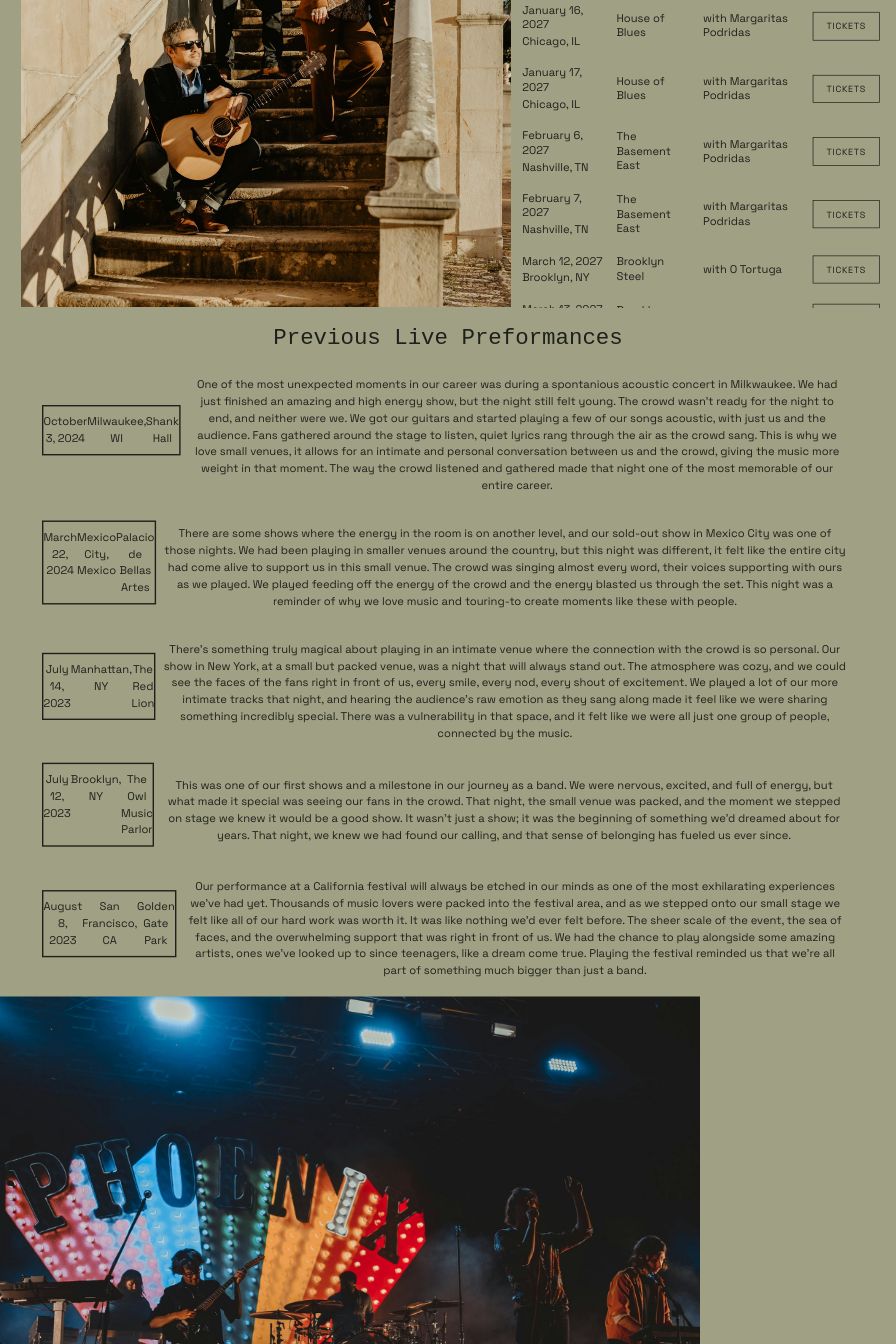
Repository: lime929/voices-del-viento
Page: /tour
The author's editor kept a copy of each file at every save. The page is drawn from the files as they stood at one save, then again after the next save.
The browser window is 1280 px wide. The pictures show the part of the page from y = 551 to 2471 px (the page is 10043 px tall), at 70% of full size.
An inner scrolling area shows only its first screen. The project was rebuilt for these pictures with package versions that can differ from the ones it lists, and the page was loaded fresh each time. The framework's server and built-in components were replaced by stand-ins that run in the browser. Also part of the build but not shown: next.config.mjs.

Above is the page before, as saved 2026-09-15 17:28:43.

### app/layout.jsx
import '../app/globals.css';
import Footer from '../app/components/Footer';
import NavBar from '../app/components/NavBar';


export const metadata = {
  title: "Voces del Viento",
  description:
    "Voces del Viento is a Mexican indie rock band from Michoacán, blending classic Latin rock influences with modern sounds inspired by Caifanes, Juanes, and Los Enanitos Verdes. Discover their heartfelt music, cultural roots, and energetic live performances.",
  keywords: [
    "Voces del Viento",
    "Mexican indie rock",
    "Michoacán, Mexico",
    "Latin rock",
    "Alternative music",
    "band from Mexico",
    "indie music",
  ],
};

export default function MainLayout({ children }) {
  return (
    <html lang="en">
      <body>
        <NavBar />
        {children}
        <Footer />
      </body>
    </html>
  );
}

### app/tour/page.jsx
import styles from "./page.module.css";
import TourCurrent from "../components/TourCurrent";
import TourPast from "../components/TourPast";
import tours from "./tours.json";
import Image from "next/image";
import tourImage from "../../public/images/tour/tourImage.jpg";
import TourGallery from "../components/TourGallery";

export const metadata = {
  title: "Voces del Viento | Tour",
  description: "Live performances and tour dates for Voces del Viento. Check out our upcoming concerts and events.",
  keywords: [
    "Voces del Viento",
    "Concert announcements",
    "Live performances",
    "Tour dates",
    "Music events",
    "Band tour",
    "Live music",
    "Concert schedule",
    "Tour updates",
    "Music tour"
  ]
};

export default function TourPage() {
  const upcomingTours = tours.filter((tour) => tour.status === "upcoming");
  const pastTours = tours.filter((tour) => tour.status === "past");

  return (
    <>
      <div className={styles.tourContainer}>
      <div className={styles.tourHeader}>
        <h2 className={styles.tourTitle}>La Belleza del Cielo Tour</h2>
        <h4 className={styles.bandName}>Voices Del Viento</h4>
      </div>
       <div className={styles.currentColumns}>
  <div className={styles.currentTourImageWrap}>
          <Image
            src={tourImage}
            alt="Band's Tour image"
            width={700}
            height={800}
            sizes="100vw"
            className={styles.tourImage}
          />
        </div>
          <div className={styles.currentTourList}>
            {upcomingTours.map((tour) => (
            <TourCurrent key={tour.id} tour={tour} />
          ))}
          </div>
        </div>

        <div className={styles.pastTourList}>
          <h3 className={styles.pastTourTitle}>Previous Live Preformances</h3>
          {pastTours.map((tour) => (
            <TourPast key={tour.id} tour={tour} />
          ))}
        </div>
      </div>
      <TourGallery />
    </>
  );
}

### app/globals.css
/* @import url("https://fonts.googleapis.com/css2?family=Bebas+Neue&family=DM+Sans:opsz,wght@9..40,400;9..40,500;9..40,600;9..40,700&family=Space+Mono:wght@400;700&display=swap");
@import url('https://fonts.googleapis.com/css2?family=Space+Grotesk:wght@300..700&display=swap'); */

@import url('https://fonts.googleapis.com/css2?family=Archivo+Black&family=Bebas+Neue&family=DM+Sans:ital,opsz,wght@0,9..40,100..1000;1,9..40,100..1000&family=Oswald:wght@200..700&family=Roboto+Mono:ital,wght@0,100..700;1,100..700&family=Space+Grotesk:wght@300..700&display=swap');
@import "tailwindcss";

@theme {
      /* Large headings and album titles */
  --font-display: "Bebas Neue", sans-serif;
    /* Paragraphs, navigation, and buttons */
  --font-body: "Space Grotesk", sans-serif;
    /* Dates, labels, and small details */
  --font-mono: "Space Mono", monospace;

    /* Main page background */
  --color-band-bg: #A0A084;
    /* Main text, dark sections & footer */
  --color-band-ink: #1E211B;
    /* Text on dark/red backgrounds */
  --color-band-cream: #F2EBD8;
    /* Borders and secondary accents */
  --color-band-olive: #5a5a44;
    /* Small highlights and labels */
  --color-band-gold: #C49A46;
}

body {
  font-family: var(--font-body);
  background-color: var(--color-band-bg);
  color: var(--color-band-ink);
  margin: 0;
  padding: 0;
}

### app/components/Footer.jsx
export default function Footer() {
  return (
    <footer className="border-t border-band-olive bg-band-ink py-8 px-4 sm:px-6">
      <div className="mx-auto max-w-6xl">
        <div className="flex flex-col items-center justify-between gap-8 text-sm md:flex-row">
          {/* Copyright */}
          <div className="order-2 text-center md:order-1 md:text-left">
            <p className="font-semibold text-band-cream">
              © {new Date().getFullYear()}{' '}
              <span className="font-black text-band-cream">Voices Del Viento</span>
            </p>
            <p className="mt-1 font-mono text-xs tracking-wider text-band-gold">
              Made with Next.js & Tailwind by Liliana Mendez
            </p>
          </div>

          {/* Right links */}
          <nav className="order-1 flex items-center gap-6 md:order-2">
            <a
              href="/store"
              className="border-b-2 border-transparent pb-1 text-sm font-semibold text-band-cream transition-all duration-200 hover:border-band-gold hover:text-band-gold"
            >
              Store
            </a>
            <a
              href="/tour"
              className="border-b-2 border-transparent pb-1 text-sm font-semibold text-band-cream transition-all duration-200 hover:border-band-gold hover:text-band-gold"
            >
              Tour
            </a>
            <a
              href="/about"
              className="border-b-2 border-transparent pb-1 text-sm font-semibold text-band-cream transition-all duration-200 hover:border-band-gold hover:text-band-gold"
            >
              About
            </a>
            <a
              href="/news"
              className="border-b-2 border-transparent pb-1 text-sm font-semibold text-band-cream transition-all duration-200 hover:border-band-gold hover:text-band-gold"
            >
              News
            </a>
            <a
              href="/support"
              className="border-b-2 border-transparent pb-1 text-sm font-semibold text-band-cream transition-all duration-200 hover:border-band-gold hover:text-band-gold"
            >
              Support
            </a>
          </nav>
        </div>
      </div>
    </footer>
  );
}

### app/components/NavBar.jsx
'use client';
import { useState } from "react";
import Link from "next/link";
import Image from "next/image";
import { usePathname } from "next/navigation";
import { FaBars, FaTimes, FaFacebook, FaInstagram, FaYoutube, FaTwitter,FaSpotify } from "react-icons/fa";
import logoIcon from '../../app/icon.png';

export default function NavBar() {
  const [isMobileMenuOpen, setIsMobileMenuOpen] = useState(false);
  const pathname = usePathname();

  return (
    <>
      <nav className="bg-band-ink border-b border-band-olive sticky top-0 z-50">
        <div className="px-4 lg:px-6">
          <div className="relative flex h-24 items-center justify-between">

            {/* Mobile menu button: always positioned absolute left and hidden on md+ screens */}
            <div className="absolute inset-y-0 left-0 flex items-center md:hidden">
              <button
                onClick={() => setIsMobileMenuOpen(!isMobileMenuOpen)}
                className="inline-flex items-center justify-center p-2 rounded-md text-band-cream hover:text-band-gold hover:bg-band-olive/20 focus:outline-none focus:ring-2 focus:ring-band-gold"
                aria-controls="mobile-menu"
                aria-expanded={isMobileMenuOpen}
              >
                <span className="sr-only">Open main menu</span>
                {isMobileMenuOpen ? (
                  <FaTimes className="block h-6 w-6" />
                ) : (
                  <FaBars className="block h-6 w-6" />
                )}
              </button>
            </div>

            <div className="flex flex-1 items-center justify-center md:justify-start">
              <Link href="/" className="flex flex-shrink-0 items-center gap-2 hover:opacity-90 transition">
                <Image
                  src={logoIcon}
                  alt="Voices Del Viento Logo"
                  width={50}
                  height={50}
                  priority
                />

                <span className="hidden font-display text-4xl font-bold uppercase tracking-wide text-band-cream transition-colors hover:text-band-gold md:block md:mr-9">
                Voces Del Viento
                </span>
              </Link>


              <div className="hidden md:ml-6 md:block md:pt-2">
                <div className="flex space-x-4 lg:space-x-6">
                  <Link
                    href="/store"
                    className={`${
                      pathname === "/store" ? "border-b-2 border-band-gold text-band-gold" : "border-b-2 border-transparent text-band-cream hover:text-band-gold hover:border-band-gold"
                    } text-lg font-semibold pb-1 transition-all`}
                  >
                    Store
                  </Link>
                  <Link
                    href="/tour"
                    className={`${
                      pathname === "/tour" ? "border-b-2 border-band-gold text-band-gold" : "border-b-2 border-transparent text-band-cream hover:text-band-gold hover:border-band-gold"
                    } text-lg font-semibold pb-1 transition-all`}
                  >
                    Tour
                  </Link>
                  <Link
                    href="/about"
                    className={`${
                      pathname === "/about" ? "border-b-2 border-band-gold text-band-gold" : "border-b-2 border-transparent text-band-cream hover:text-band-gold hover:border-band-gold"
                    } text-lg font-semibold pb-1 transition-all`}
                  >
                    About
                  </Link>
                  <Link
                    href="/news"
                    className={`${
                      pathname === "/news" ? "border-b-2 border-band-gold text-band-gold" : "border-b-2 border-transparent text-band-cream hover:text-band-gold hover:border-band-gold"
                    } text-lg font-semibold pb-1 transition-all`}
                  >
                    News
                  </Link>
                  <Link
                    href="/support"
                    className={`${
                      pathname === "/support" ? "border-b-2 border-band-gold text-band-gold" : "border-b-2 border-transparent text-band-cream hover:text-band-gold hover:border-band-gold"
                    } text-lg font-semibold pb-1 transition-all`}
                  >
                    Support
                  </Link>
                </div>
              </div>
            </div>

            <div className="absolute inset-y-0 right-0 flex items-center pr-2 md:static md:ml-6 md:pr-0">
              <div className="flex items-center gap-2 text-band-cream">
             <button className="relative p-2 rounded-full transition-transform duration-250 ease-in-out hover:scale-110 hover:text-band-gold">
                    <FaFacebook className="h-6 w-6" />
                </button>
             <button className="relative p-2 rounded-full transition-transform duration-250 ease-in-out hover:scale-110 hover:text-band-gold">
                    <FaInstagram className="h-6 w-6" />
                </button>
             <button className="relative p-2 rounded-full transition-transform duration-250 ease-in-out hover:scale-110 hover:text-band-gold">
                    <FaYoutube className="h-6 w-6" />
                </button>
             <button className="relative p-2 rounded-full transition-transform duration-250 ease-in-out hover:scale-110 hover:text-band-gold">
                    <FaTwitter className="h-6 w-6" />
                </button>
            <button className="relative p-2 rounded-full transition-transform duration-250 ease-in-out hover:scale-110 hover:text-band-gold">
                    <FaSpotify className="h-6 w-6" />
                </button>
              </div>
            </div>
          </div>
        </div>

        {/* Mobile menu */}
        {isMobileMenuOpen && (
          <div className="md:hidden bg-band-ink/95 backdrop-blur-md border-t border-band-olive px-4 pb-4 pt-2 space-y-1">
            <Link
              href="/store"
              className={`${
                pathname === "/store" ? "bg-band-olive/20 text-band-cream" : "border-b-2 border-transparent text-band-cream hover:bg-band-olive/20 hover:text-band-gold"
              } block rounded-md px-3 py-3 text-base font-semibold transition-colors`}
              onClick={() => setIsMobileMenuOpen(false)}
            >
              Store
            </Link>
            <Link
              href="/tour"
              className={`${
                pathname === "/tour" ? "bg-band-olive/20 text-band-cream" : "border-b-2 border-transparent text-band-cream hover:bg-band-olive/20 hover:text-band-gold"
              } block rounded-md px-3 py-3 text-base font-semibold transition-colors`}
              onClick={() => setIsMobileMenuOpen(false)}
            >
              Tour
            </Link>
            <Link
              href="/about"
              className={`${
                pathname === "/about" ? "bg-band-olive/20 text-band-cream" : "border-b-2 border-transparent text-band-cream hover:bg-band-olive/20 hover:text-band-gold"
              } block rounded-md px-3 py-3 text-base font-semibold transition-colors`}
              onClick={() => setIsMobileMenuOpen(false)}
            >
              About
            </Link>
            <Link
              href="/news"
              className={`${
                pathname === "/news" ? "bg-band-olive/20 text-band-cream" : "border-b-2 border-transparent text-band-cream hover:bg-band-olive/20 hover:text-band-gold"
              } block rounded-md px-3 py-3 text-base font-semibold transition-colors`}
              onClick={() => setIsMobileMenuOpen(false)}
            >
              News
            </Link>
            <Link
              href="/support"
              className={`${
                pathname === "/support" ? "bg-band-olive/20 text-band-cream" : "border-b-2 border-transparent text-band-cream hover:bg-band-olive/20 hover:text-band-gold"
              } block rounded-md px-3 py-3 text-base font-semibold transition-colors`}
              onClick={() => setIsMobileMenuOpen(false)}
            >
              Support
            </Link>
          </div>
        )}
      </nav>
    </>
  );
}

### app/tour/page.module.css
/* Tour banner */
.tourContainer {
  display: flex;
  flex-direction: column;
  padding: 10px;
  background-color: var(--color-band-bg);
}

.tourHeader {
    align-items: center;
    text-align: center;
    width: 100vw;
    margin-left: calc(50% - 50vw);
    box-sizing: border-box;
}

.bandName {
  font-family: var(--font-mono);
  border-bottom: 2px solid var(--color-band-olive);
  padding-bottom: 5px;
}

.tourTitle {
  font-size: 2rem;
  font-weight: bold;
  margin-bottom: 5px;
  color: var(--color-band-ink);
  font-family: var(--font-display);
}

/* current tour entries */
.currentColumns {
  display: grid;
  grid-template-columns: 1fr 1fr;
  align-items: center;
  width: 100%;
}

.currentTourImageWrap {
  width: 700px;
  margin-top: 0;
  margin-left: 20px
}

.tourImage {
  width: 100%;
  height: auto;
  display: block;
}

.currentTourList {
  display: flex;
  flex-direction: column;
  gap: 0;
  max-height: 800px;
  overflow-y: auto;
  padding-right: 0.5rem;
}

.tourEntry {
  display: grid;
  grid-template-columns: 1.1fr 1fr 1.3fr auto;
  grid-template-rows: auto auto;
  align-items: center;
  gap: 1rem;
  padding: 0.4rem 0.3rem 0.1rem 1rem;
}

.tourEntry:hover {
  background-color: rgba(0, 0, 0, 0.05);
  transition: background-color 0.2s ease;
}

.tourDateLocation {
  display: flex;
  flex-direction: column;
  gap: 0.2rem;
}

.tourDateCell,
.tourLocationCell,
.tourVenueCell,
.tourGuestCell {
  font-size: 1rem;
  line-height: 1.3;
  margin: 0;
}

.tourTickets {
  justify-self: end;
  padding: 0.6rem 1.2rem;
  border: 1px solid var(--color-band-ink);
  text-decoration: none;
  color: var(--color-band-ink);
  text-transform: uppercase;
  letter-spacing: 0.08em;
  font-size: 0.8rem;
  transition: background-color 0.2s ease, color 0.2s ease;
}

.tourTickets:hover {
  background-color: var(--color-band-ink);
  color: var(--color-band-cream);
}

/* smaller screens */
/* dates appear below img */
@media (width <= 768px) {
  .tourContainer {
    display: flex;
    flex-direction: column;
  }

  .currentColumns {
    display: flex;
    flex-direction: column;
    width: 100%;
  }

  .currentTourImageWrap {
    width: 100%;
    margin-left: 0;
  }
}

/* Past tour dates */
.pastTourHeader {
  display: grid;
  grid-template-columns: 1fr 2fr 2fr;
  padding: 10px 0;
   text-align: center;
  border: 2px solid var(--color-band-ink);

}
.pastTourTitle {
 font-family: var(--font-mono);
 margin-top: 20px;
 font-size: 2rem;
  text-align: center;

}
.pastTour {
 display: flex;
 padding: 15px 20px;
 max-width: 1200px;
 width: 100%;
 margin: 0 auto;
 justify-content: center;
 align-items: center;
 text-align: center;

}

/* .tourDate, .tourLocation, .tourVenue p {
 font-family: var(--font-mono);
}
.tourHeader p {
 font-family: var(--font-mono);
} */

.tourDescription {
  /* border-bottom: 3px solid var(--color-band-olive); */
  padding: 15px 10px 0px 10px;

}


/* Tour Gallery */
.tourGalleryImage {
  width: 100%;
  height: auto;
  cursor: zoom-in;
  transition: transform 0.3s ease;
}

/* triggered when the img is clicked */
.tourGalleryImage.enlarged {
  transform: scale(2);
  cursor: zoom-out;
  z-index: 999;
  position: relative;
}

### app/components/TourCurrent.jsx
import styles from "../tour/page.module.css";

export default function TourCurrent({ tour }) {
  return (
    <div className={styles.tourEntry}>
      <div className={styles.tourDateLocation}>
        <div className={styles.tourDateCell}>{tour.date}</div>
        <div className={styles.tourLocationCell}>{tour.location}</div>
      </div>

      <div className={styles.tourVenueCell}>{tour.venue}</div>

      {tour.specialGuest && (
        <div className={styles.tourGuestCell}>{tour.specialGuest}</div>
      )}

      {tour.tickets && (
        <a
          href={tour.tickets.href}
          className={styles.tourTickets}
          target="_blank"
        >
          {tour.tickets.label}
        </a>
      )}
    </div>
  );
}

### app/components/TourPast.jsx
import styles from "../tour/page.module.css";

export default function TourPast({ tour }) {
  return (
  <>
    <div className={styles.pastTour}>
            <div className={styles.pastTourHeader}>
              <p className={styles.tourDate}>{tour.date}</p>
            <p className={styles.tourLocation}>{tour.location}</p>
            <p className={styles.tourVenue}>{tour.venue}</p>
            </div>
            <p className={styles.tourDescription}>{tour.description}</p>
    </div>
  </>
  );
}

### app/components/TourGallery.jsx
"use client";

import { useState } from "react";
import Image from "next/image";
import styles from "../tour/page.module.css";
import tour1 from "../../public/images/tour/tour-1.jpg";
import tour2 from "../../public/images/tour/tour-2.jpg";
import tour3 from "../../public/images/tour/tour-3.jpg";
import tour4 from "../../public/images/tour/tour-4.jpg";
import tour5 from "../../public/images/tour/tour-5.jpg";
import tour6 from "../../public/images/tour/tour-6.jpg";
import tour7 from "../../public/images/tour/tour-7.jpg";
import tour8 from "../../public/images/tour/tour-8.jpg";

const images = [tour1, tour2, tour3, tour4, tour5, tour6, tour7, tour8];

export default function TourGallery() {
  const [selectedImage, setSelectedImage] = useState(images[0]);

  return (
    <div className={styles.tourGallery}>
      <div className={styles.tourSpotlight}>
        <Image
          src={selectedImage}
          alt="Selected tour image"
          width={1000}
          height={800}
          className={styles.tourSpotlightImage}
        />
      </div>

      <div className={styles.tourGalleryGrid}>
        {images.map((image, index) => (
          <button
            key={index}
            type="button"
            className={styles.tourGalleryThumbButton}
            onClick={() => setSelectedImage(image)}
            aria-label={`View tour image ${index + 1}`}
          >
            <Image
              src={image}
              alt={`Tour Image ${index + 1}`}
              width={300}
              height={240}
              className={styles.tourGalleryImage}
            />
          </button>
        ))}
      </div>
    </div>
  );
}

Loaded but not shown: app/tour/tours.json (247 lines, source omitted)

After the next save:
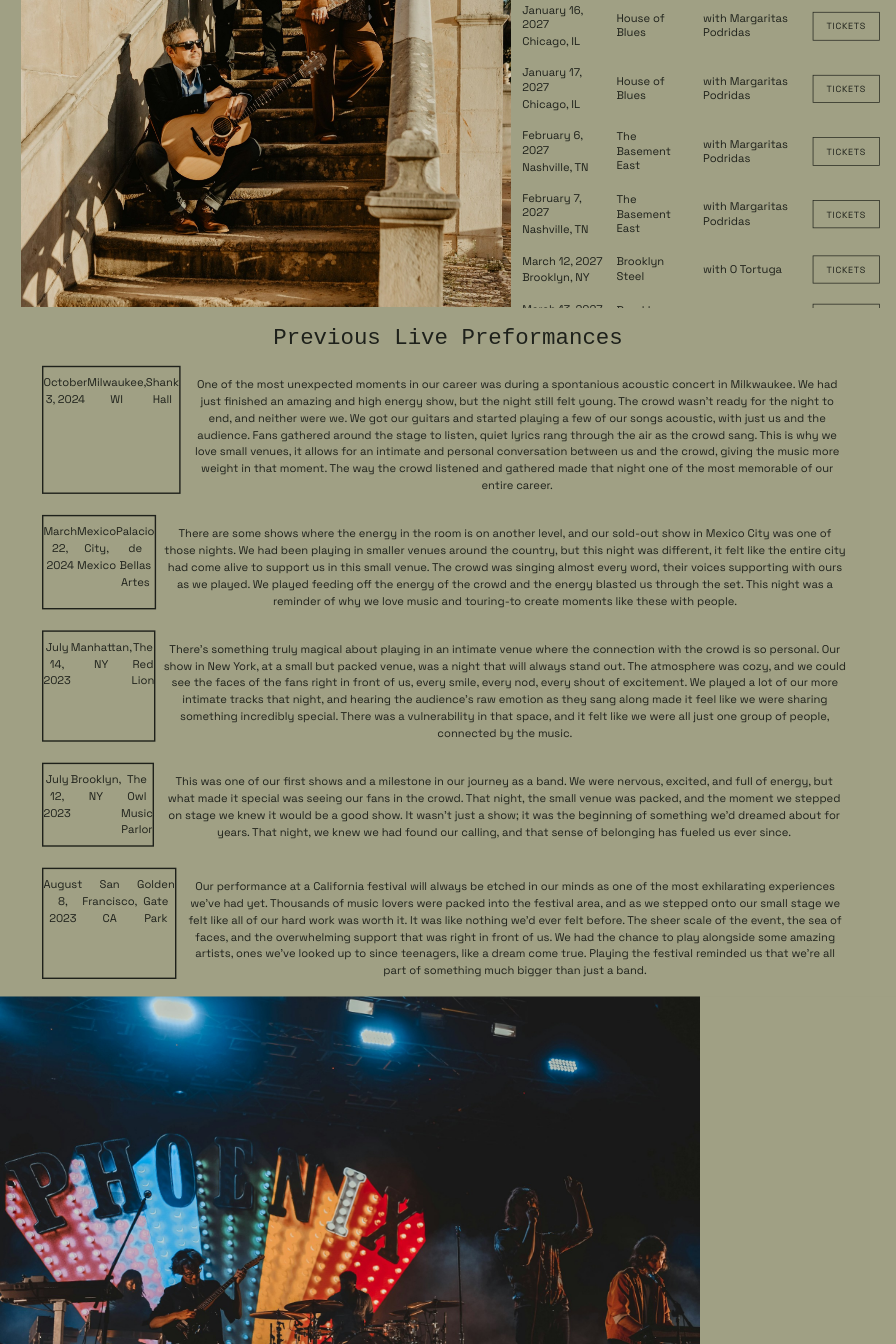
Saved 6 min 46 s later.
--- a/app/tour/page.module.css
+++ b/app/tour/page.module.css
@@ -146,17 +146,11 @@
  width: 100%;
  margin: 0 auto;
  justify-content: center;
- align-items: center;
+ /* align-items: center; */
  text-align: center;
 
 }
 
-/* .tourDate, .tourLocation, .tourVenue p {
- font-family: var(--font-mono);
-}
-.tourHeader p {
- font-family: var(--font-mono);
-} */
 
 .tourDescription {
   /* border-bottom: 3px solid var(--color-band-olive); */
